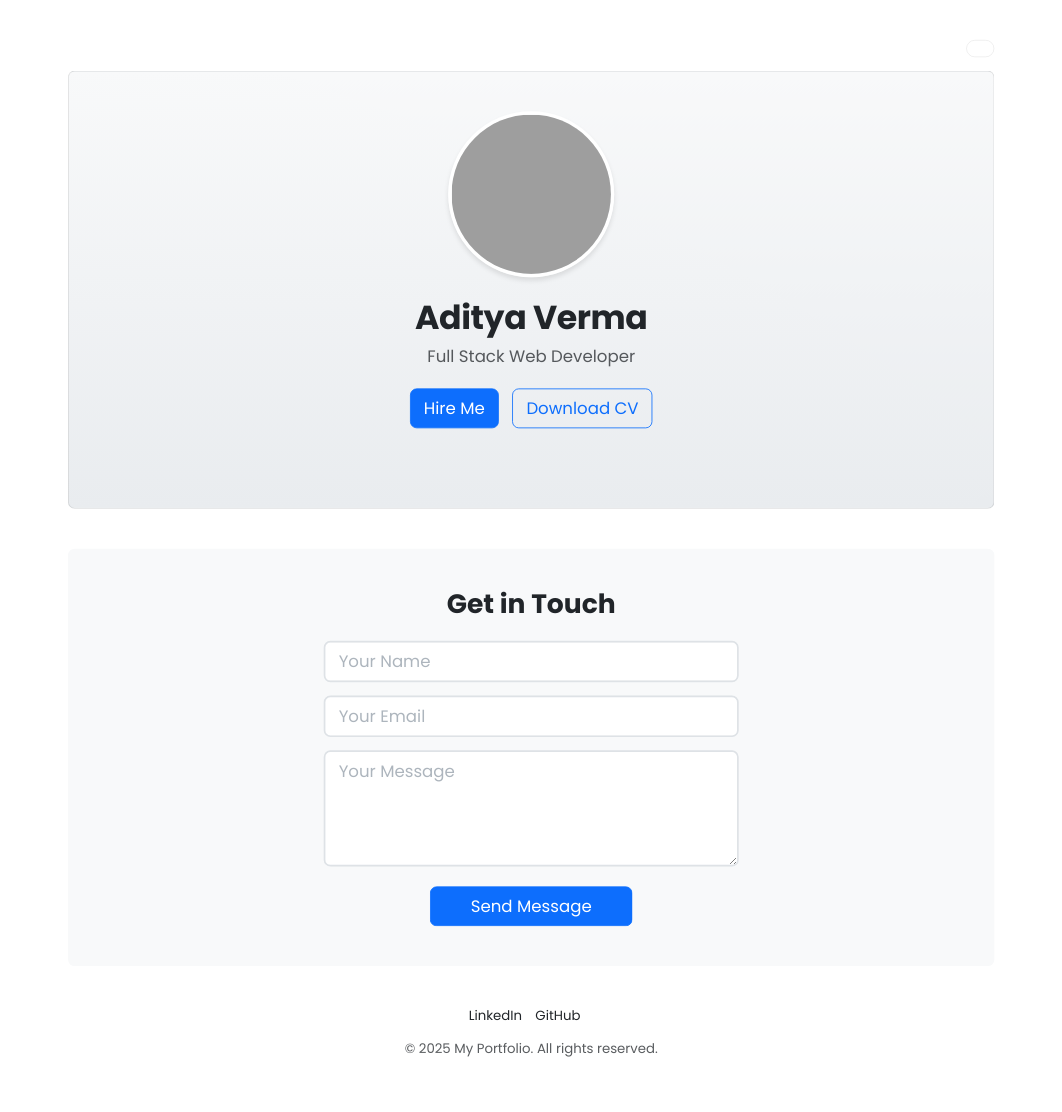
Repository: AdityaTech-Pro/FullStackWithBridgelabz
Page: Assignment10/Personal Portfolio Basics using Bootstrap Utilities/index.html
An editor plug-in stored every save of this project. The page is shown before and after the next save, followed by the edit.
The browser window is 1280 px wide. The pictures show the whole page, at 83% of full size.
Pictures or frames that could not be fetched are drawn as grey boxes.

Above is the page before, as saved 2025-11-10 11:23:07.

After the next save:
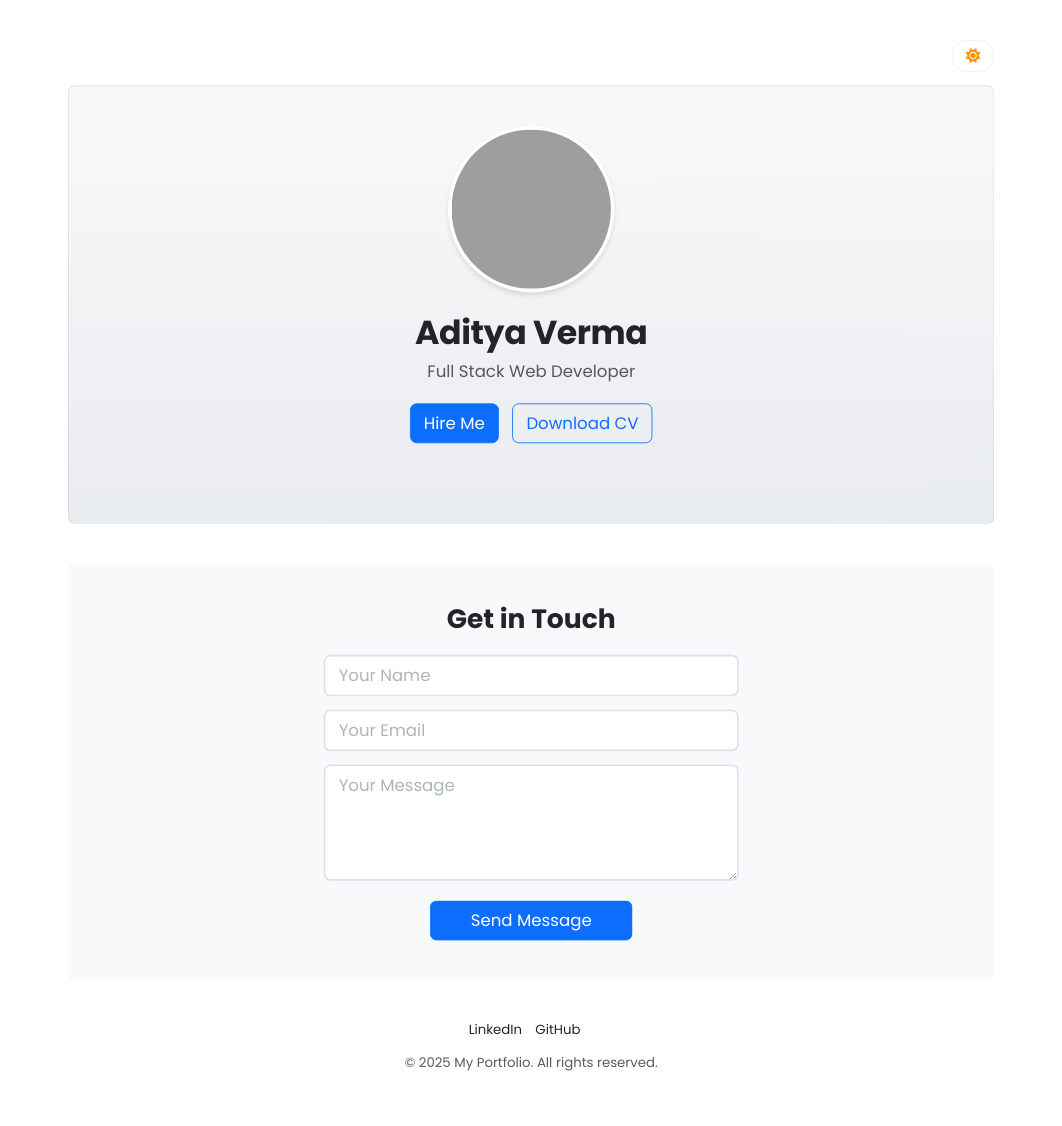
Saved 12 s later.
--- a/Assignment10/Personal Portfolio Basics using Bootstrap Utilities/index.html
+++ b/Assignment10/Personal Portfolio Basics using Bootstrap Utilities/index.html
@@ -161,7 +161,8 @@
         <!-- Top bar: theme toggle and quick actions -->
         <div class="topbar">
             <button id="themeToggle" class="theme-toggle" aria-pressed="false" aria-label="Toggle dark mode">
-                <span class="dot" aria-hidden="true"></span>
+                <i class="fas fa-sun" aria-hidden="true"></i>
+                <i class="fas fa-moon" aria-hidden="true"></i>
                 <span class="visually-hidden">Toggle theme</span>
             </button>
         </div>
